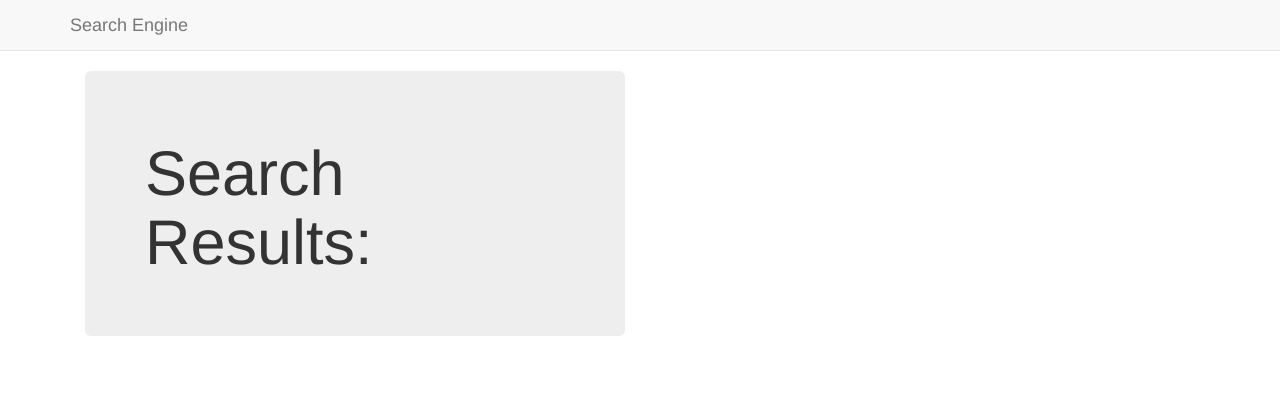
Repository: fallingcoconut/CS121
Page: http://localhost/Webserver/Results.jsp
An editor plug-in stored every save of this project. The page is shown before and after a run of saves, followed by the edit.
The browser window is 1280 px wide. The pictures show the whole page.
The page is served by Tomcat 9. Nobody is signed in. The application's start-up code is not run. Other server files are loaded and not shown.

Above is the page before, as saved 2015-06-08 02:50:47.

### Webserver/WebContent/Results.jsp
<%@ page language="java" contentType="text/html; charset=UTF-8"
    pageEncoding="UTF-8"%>
<!DOCTYPE html PUBLIC "-//W3C//DTD HTML 4.01 Transitional//EN" "http://www.w3.org/TR/html4/loose.dtd">
<html>
<head>
<meta http-equiv="Content-Type" content="text/html; charset=UTF-8">
<title>Insert title here</title>
<link rel="stylesheet" href="https://maxcdn.bootstrapcdn.com/bootstrap/3.3.4/css/bootstrap.min.css">
</head>
<body>
	<!--header-->
	<div>
		<nav class="navbar navbar-default navbar-static-top">
			<div class="container">
				<div class="navbar-header">
					<button type="button" class="navbar-toggle collapsed" data-toggle="collapse" data-target="#navbar" aria-expanded="false" aria-controls="navbar">
		            <span class="sr-only">Toggle navigation</span>
		            <span class="icon-bar"></span>
		            <span class="icon-bar"></span>
		            <span class="icon-bar"></span>
		         	</button>
		         	<a class="navbar-brand" href="#">Search Engine</a>
				</div>
			</div>
		</nav>
	</div>

	<div class="container">

	<!-- input box -->
	<div class="col-lg-6">
		<div class="input-group">

	</div>

	<!-- returned results-->
	<div class="jumbotron">
		<h1>Search Results:</h1>
	</div>

	</div>
</body>
</html>

After the next 2 saves:
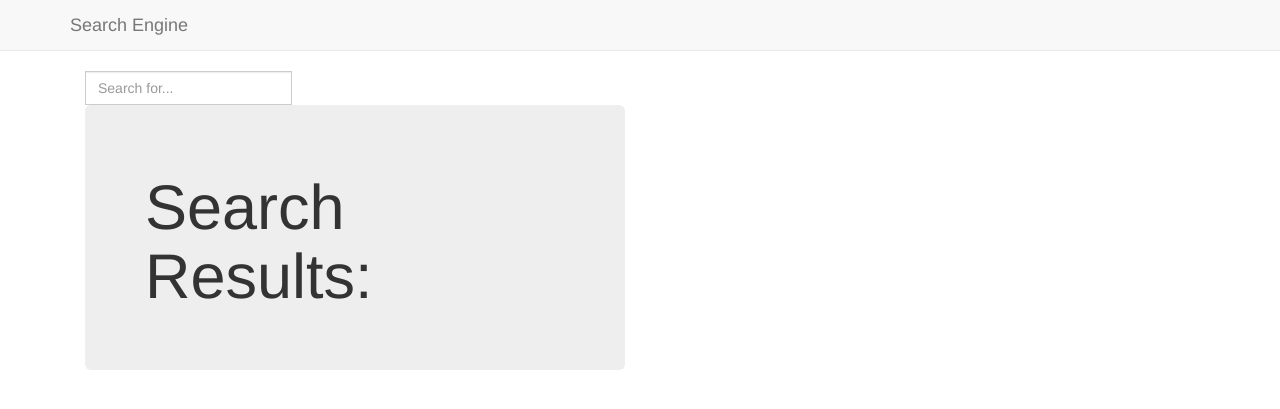
The 2 saves are shown as one change because they came seconds apart.
The last was saved 39 s later.
--- a/Webserver/WebContent/Results.jsp
+++ b/Webserver/WebContent/Results.jsp
@@ -30,6 +30,8 @@
 	<!-- input box -->
 	<div class="col-lg-6">
 		<div class="input-group">
+			<input type="text" class="form-control" placeholder="Search for...">
+
 
 	</div>
 
